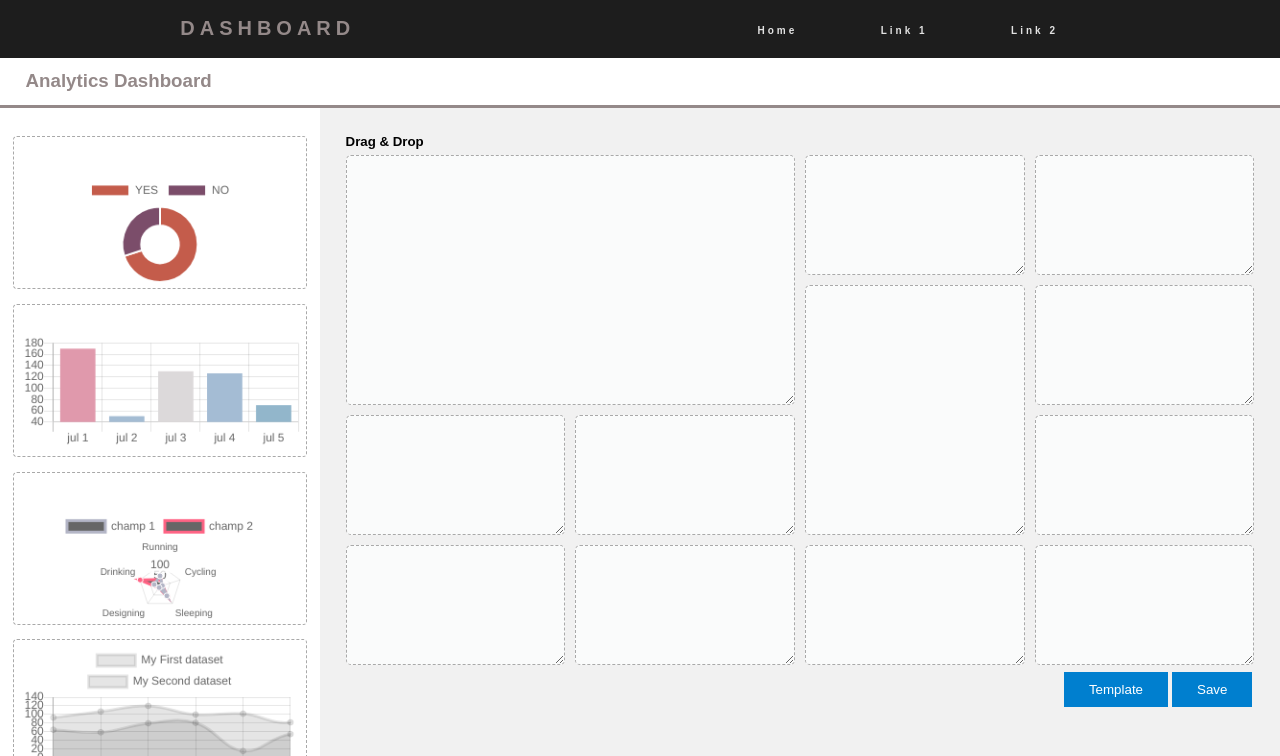
Repository: nourabdelhakam/drag-drop
Page: index.html
These files come from the project's save history. The page is drawn as it stood at one moment and after the next save; the edit follows.
The browser window is 1280 px wide. The pictures show the whole page.
Some web libraries are served in a nearby version.

Above is the page before, as saved 2020-07-05 06:51:10.

After the next save:
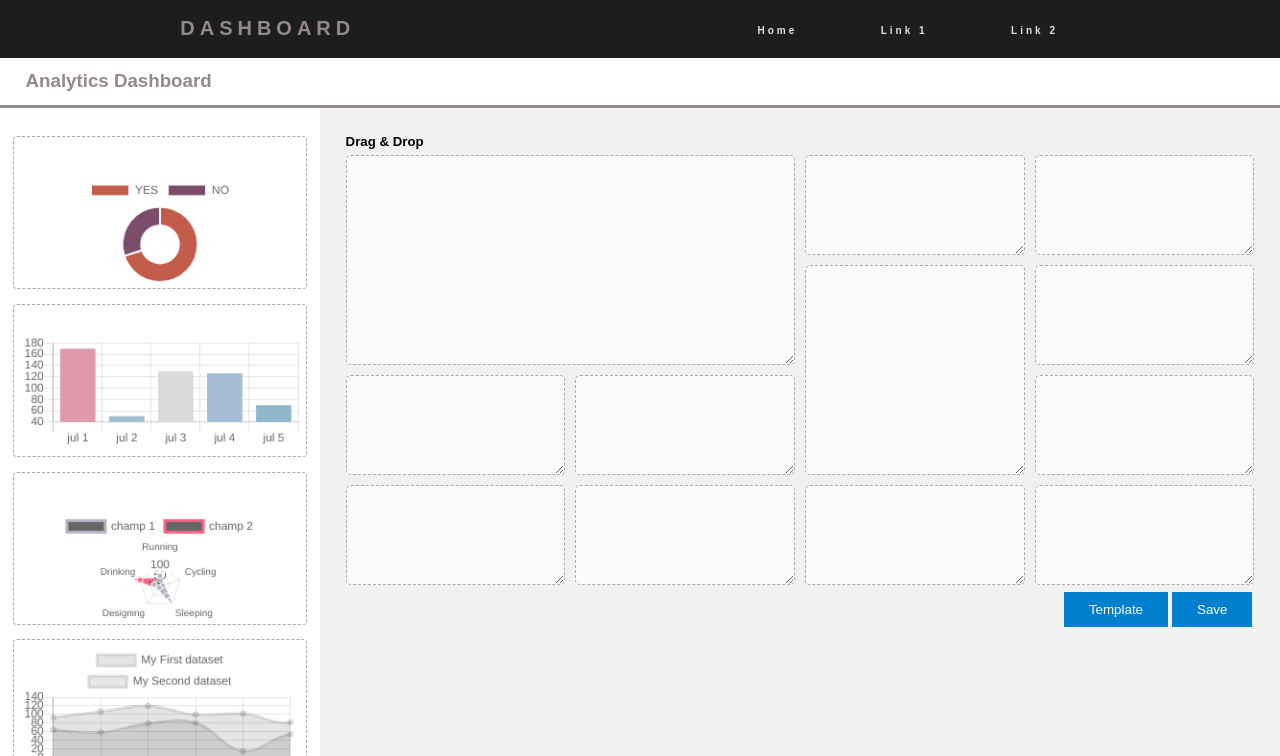
Saved 18 s later.
--- a/css/main.css
+++ b/css/main.css
@@ -65,7 +65,7 @@ img {
 .wrapper {
   display: grid;
   grid-template-columns: repeat(4, 1fr);
-  grid-auto-rows: 120px;
+  grid-auto-rows: 100px;
   grid-gap: 10px;
 }
  .wrapper div:nth-child(2) {
